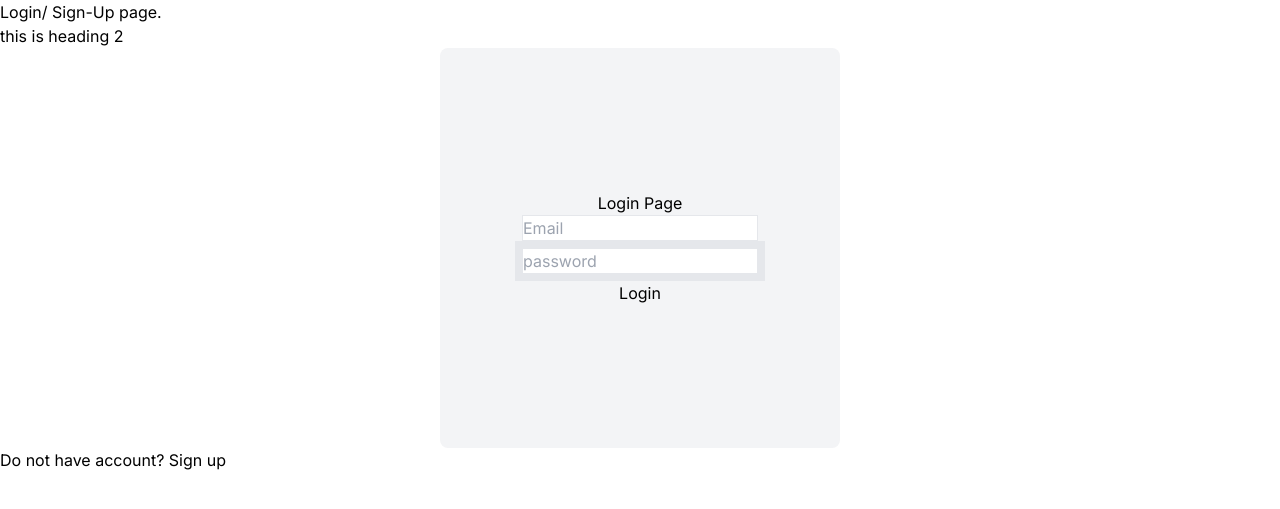
Repository: its-kundan/food-on-time
Page: /restaurant
These files come from the project's save history. The page is drawn as it stood at one moment and after the next save; the edit follows.
The browser window is 1280 px wide. The pictures show the whole page.
The project was rebuilt for these pictures with package versions that can differ from the ones it lists, and the page was loaded fresh each time. The framework's server and built-in components were replaced by stand-ins that run in the browser. Also part of the build but not shown: next.config.mjs, src/app/_components/SignUp.jsx.

Above is the page before, as saved 2024-07-24 23:36:05.

After the next save:
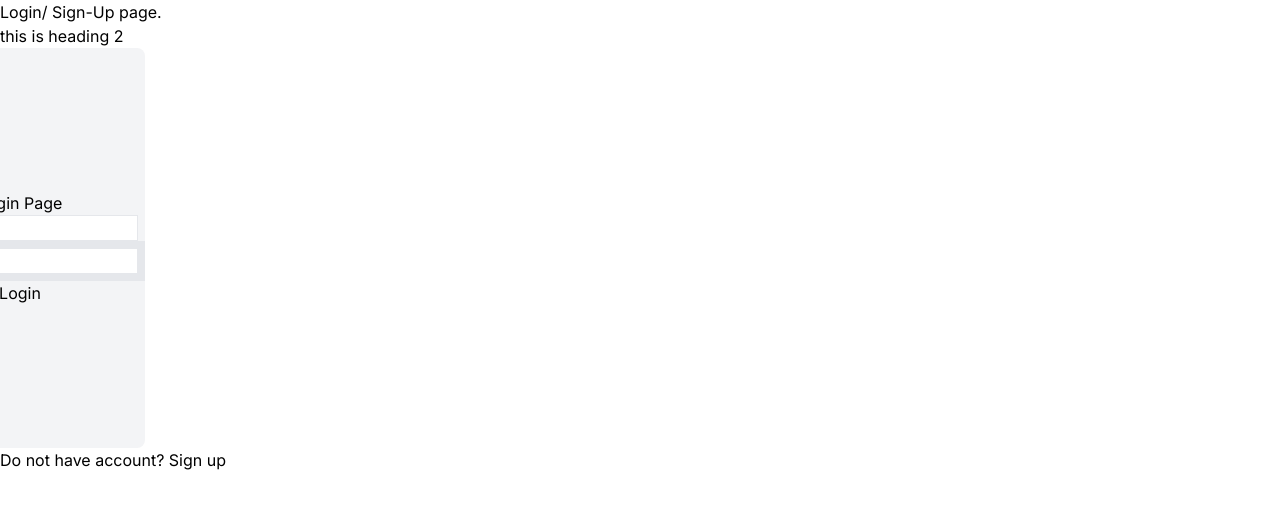
Saved 4 s later.
--- a/src/app/_components/Login.jsx
+++ b/src/app/_components/Login.jsx
@@ -3,7 +3,7 @@ import React from 'react'
 function Login() {
   return (
     <>
-    <div className='flex justify-center items-center h-[400px] w'>
+    <div className='flex justify-center items-center h-[400px] w-10'>
 
         <div className='flex flex-col border-3 shadow-4 h-[400px] w-[400px] items-center justify-center bg-gray-100 dark:bg-gray-800 rounded-lg'>
         <h3> Login  Page</h3>
